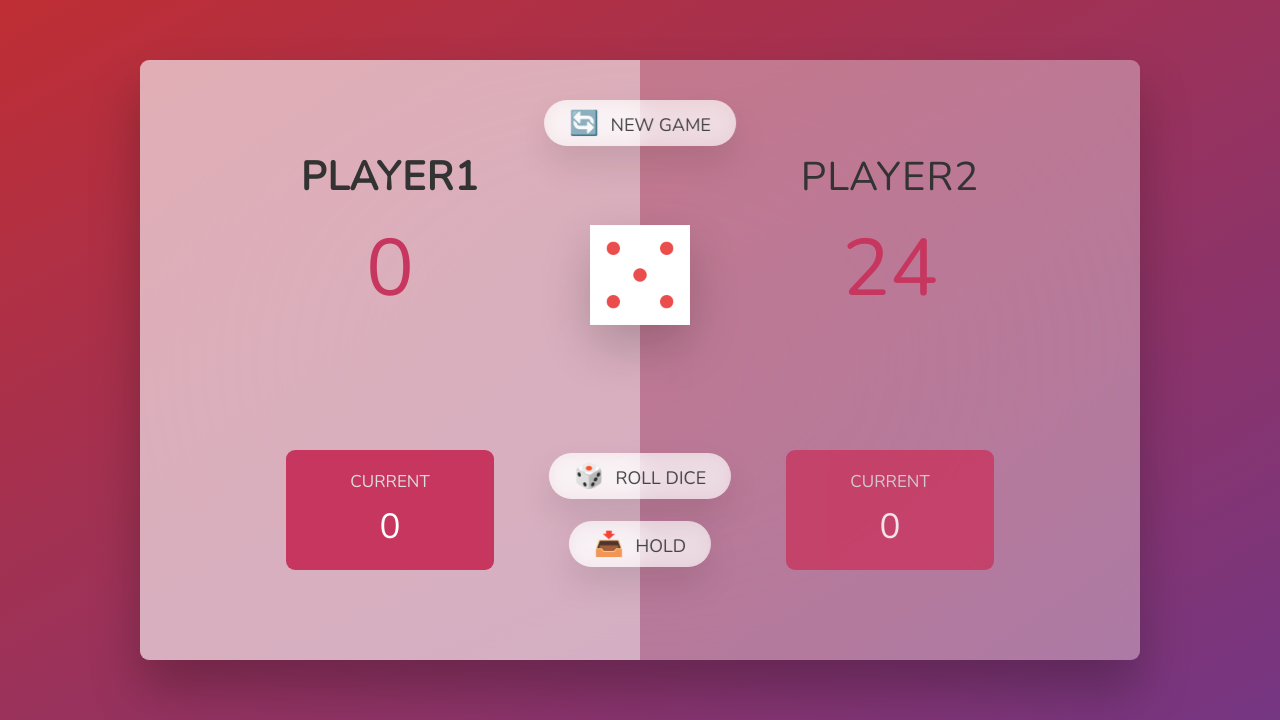
Repository: otvertka/jsc_07
Page: index.html
The author's editor kept a copy of each file at every save. The page is drawn from the files as they stood at one save, then again after the next save.
The browser window is 1280 px wide. The pictures show the whole page.

Above is the page before, as saved 2022-12-24 13:57:21.
Console error: TypeError: Cannot set properties of null (setting 'textContent')

### index.html
<!DOCTYPE html>
<html lang="en">
  <head>
    <meta charset="UTF-8" />
    <meta name="viewport" content="width=device-width, initial-scale=1.0" />
    <meta http-equiv="X-UA-Compatible" content="ie=edge" />
    <link rel="stylesheet" href="style.css" />
    <title>Pig Game</title>
  </head>
  <body>
    <main>
      <section class="player player--0 player--active">
        <h2 class="name" id="name--0">Player1</h2>
        <p class="score" id="score--0">43</p>
        <div class="current">
          <p class="current-label">Current</p>
          <p class="current-score" id="current--0">0</p>
        </div>
      </section>
      <section class="player player--1">
        <h2 class="name" id="name--1">Player2</h2>
        <p class="score" id="score--1">24</p>
        <div class="current">
          <p class="current-label">Current</p>
          <p class="current-score" id="current--1">0</p>
        </div>
      </section>

      <img src="/dice-5.png" alt="Playing dice" class="dice" />
      <button class="btn btn--new">🔄 New game</button>
      <button class="btn btn--roll">🎲 Roll dice</button>
      <button class="btn btn--hold">📥 Hold</button>
    </main>
    <script src="script.js"></script>
  </body>
</html>

### style.css
@import url('https://fonts.googleapis.com/css2?family=Nunito&display=swap');

* {
  margin: 0;
  padding: 0;
  box-sizing: inherit;
}

html {
  font-size: 62.5%;
  box-sizing: border-box;
}

body {
  font-family: 'Nunito', sans-serif;
  font-weight: 400;
  height: 100vh;
  color: #333;
  background-image: linear-gradient(to top left, #753682 0%, #bf2e34 100%);
  display: flex;
  align-items: center;
  justify-content: center;
}

/* LAYOUT */
main {
  position: relative;
  width: 100rem;
  height: 60rem;
  background-color: rgba(255, 255, 255, 0.35);
  backdrop-filter: blur(200px);
  filter: blur();
  box-shadow: 0 3rem 5rem rgba(0, 0, 0, 0.25);
  border-radius: 9px;
  overflow: hidden;
  display: flex;
}

.player {
  flex: 50%;
  padding: 9rem;
  display: flex;
  flex-direction: column;
  align-items: center;
  transition: all 0.75s;
}

/* ELEMENTS */
.name {
  position: relative;
  font-size: 4rem;
  text-transform: uppercase;
  letter-spacing: 1px;
  word-spacing: 2px;
  font-weight: 300;
  margin-bottom: 1rem;
}

.score {
  font-size: 8rem;
  font-weight: 300;
  color: #c7365f;
  margin-bottom: auto;
}

.player--active {
  background-color: rgba(255, 255, 255, 0.4);
}
.player--active .name {
  font-weight: 700;
}
.player--active .score {
  font-weight: 400;
}

.player--active .current {
  opacity: 1;
}

.current {
  background-color: #c7365f;
  opacity: 0.8;
  border-radius: 9px;
  color: #fff;
  width: 65%;
  padding: 2rem;
  text-align: center;
  transition: all 0.75s;
}

.current-label {
  text-transform: uppercase;
  margin-bottom: 1rem;
  font-size: 1.7rem;
  color: #ddd;
}

.current-score {
  font-size: 3.5rem;
}

/* ABSOLUTE POSITIONED ELEMENTS */
.btn {
  position: absolute;
  left: 50%;
  transform: translateX(-50%);
  color: #444;
  background: none;
  border: none;
  font-family: inherit;
  font-size: 1.8rem;
  text-transform: uppercase;
  cursor: pointer;
  font-weight: 400;
  transition: all 0.2s;

  background-color: white;
  background-color: rgba(255, 255, 255, 0.6);
  backdrop-filter: blur(10px);

  padding: 0.7rem 2.5rem;
  border-radius: 50rem;
  box-shadow: 0 1.75rem 3.5rem rgba(0, 0, 0, 0.1);
}

.btn::first-letter {
  font-size: 2.4rem;
  display: inline-block;
  margin-right: 0.7rem;
}

.btn--new {
  top: 4rem;
}
.btn--roll {
  top: 39.3rem;
}
.btn--hold {
  top: 46.1rem;
}

.btn:active {
  transform: translate(-50%, 3px);
  box-shadow: 0 1rem 2rem rgba(0, 0, 0, 0.15);
}

.btn:focus {
  outline: none;
}

.dice {
  position: absolute;
  left: 50%;
  top: 16.5rem;
  transform: translateX(-50%);
  height: 10rem;
  box-shadow: 0 2rem 5rem rgba(0, 0, 0, 0.2);
}

.player--winner {
  background-color: #2f2f2f;
}

.player--winner .name {
  font-weight: 700;
  color: #c7365f;
}

### script.js
'use strict';

// Selecting elements
const score0El = document.querySelector('#score--0');
const score1El = document.getElementById('score1');

score0El.textContent = 0;
score1El.textContent = 0;

After the next save:
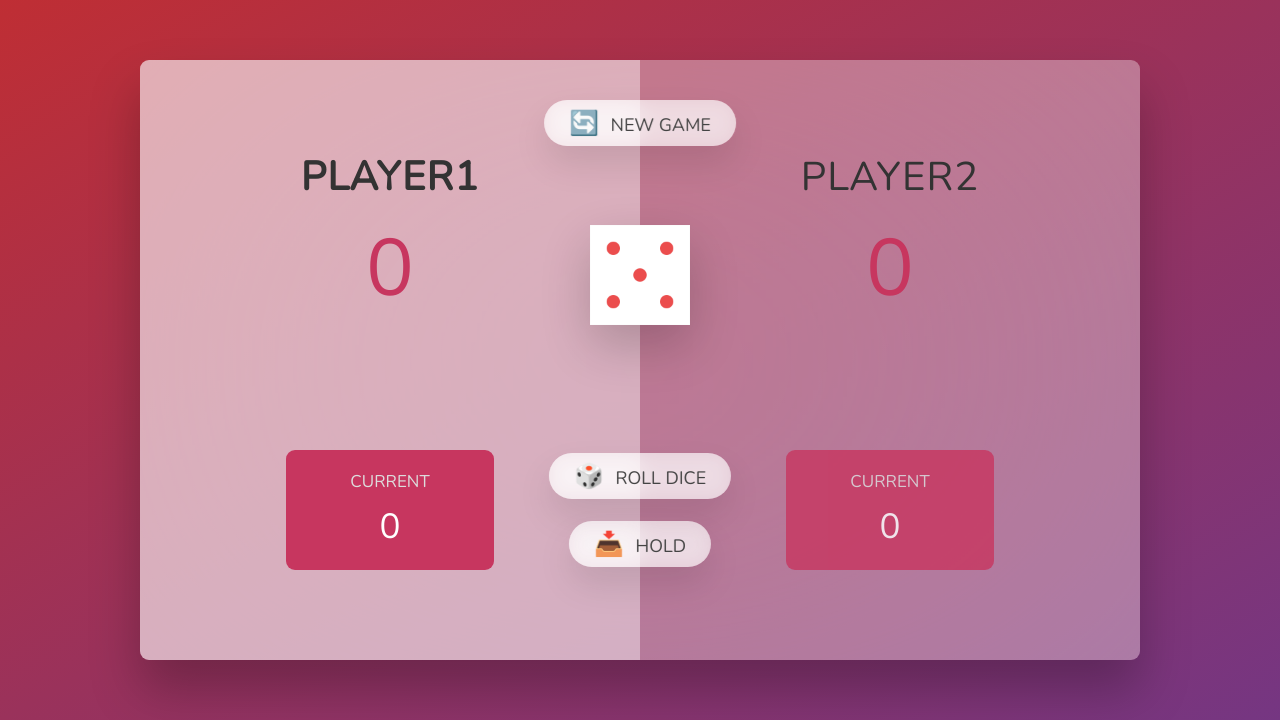
The error is gone.
Saved 30 s later.
--- a/script.js
+++ b/script.js
@@ -2,7 +2,7 @@
 
 // Selecting elements
 const score0El = document.querySelector('#score--0');
-const score1El = document.getElementById('score1');
+const score1El = document.getElementById('score--1');
 
 score0El.textContent = 0;
 score1El.textContent = 0;
